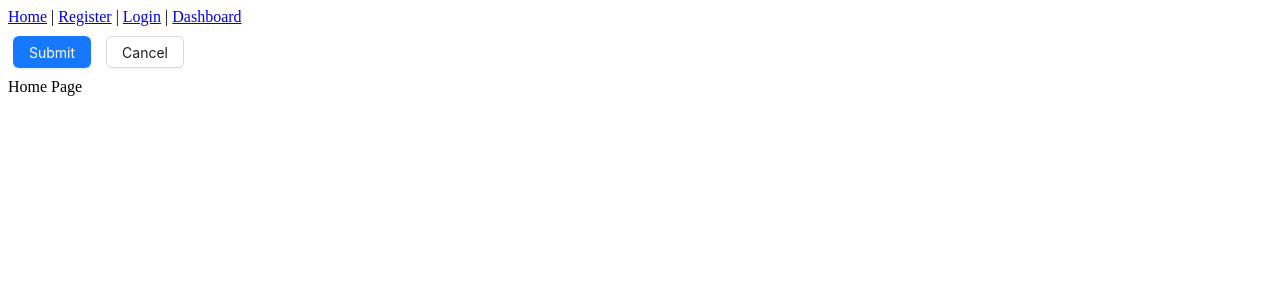
Repository: shaynewx/Airbrb
Page: / (app in frontend/)
These files come from the project's save history. The page is drawn as it stood at one moment and after the next save; the edit follows.
The browser window is 1280 px wide. The pictures show the whole page.
The project was rebuilt for these pictures with package versions that can differ from the ones it lists, and the page was loaded fresh each time. Also part of the build but not shown: frontend/src/components/Register.jsx, frontend/src/components/form/apiService.jsx, frontend/src/components/form/LoginForm.jsx, frontend/src/components/Login.jsx, frontend/src/components/Dashboard.jsx.

Above is the page before, as saved 2023-11-07 12:45:44.

After the next save:
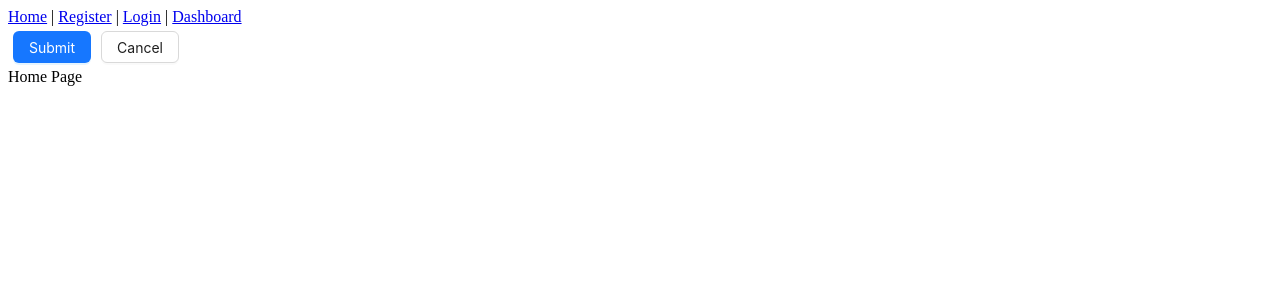
Saved 4 s later.
--- a/frontend/src/components/button/CancelButton.jsx
+++ b/frontend/src/components/button/CancelButton.jsx
@@ -2,7 +2,7 @@ import React from 'react';
 import { Button } from 'antd';
 
 const CancelButton = () => (
-  <Button style={{ margin: '10px' }}>Cancel</Button>
+  <Button style={{ margin: '5px' }}>Cancel</Button>
 );
 
 export default CancelButton;
